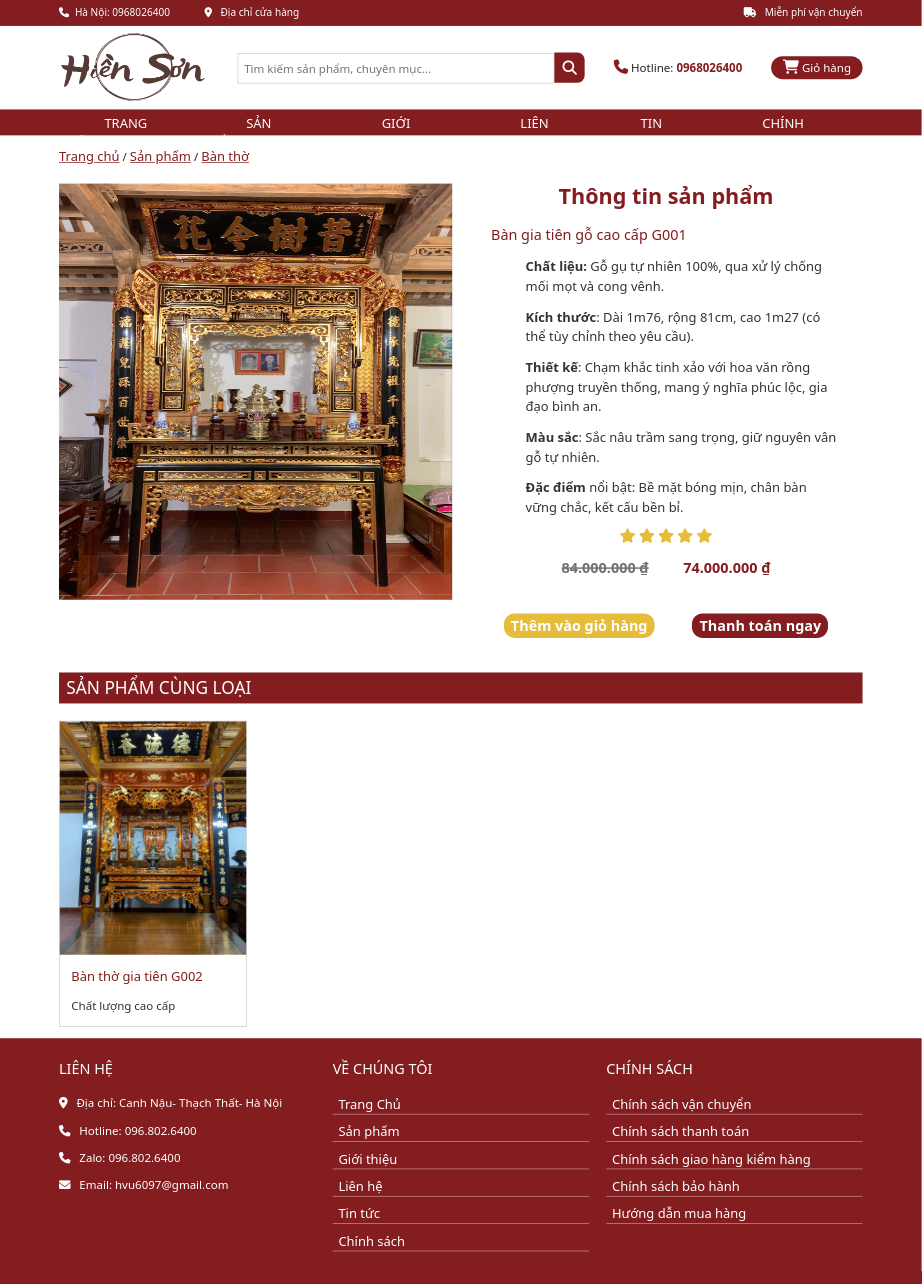
Repository: hoang28092000/do_go_hien_son
Page: product_details/ban_tho-g001.html
These files come from the project's save history. The page is drawn as it stood at one moment and after the next save; the edit follows.
The browser window is 1280 px wide. The pictures show the whole page, at 72% of full size.
Some web libraries are served in a nearby version.

Above is the page before, as saved 2024-08-10 20:59:17.

### product_details/ban_tho-g001.html
<!DOCTYPE html>
<html lang="en">
<head>
    <meta charset="UTF-8">
    <meta name="viewport" content="width=device-width, initial-scale=1.0">
    <link rel="stylesheet" href="../asset/style.css">
    <link rel="stylesheet" href="https://cdnjs.cloudflare.com/ajax/libs/font-awesome/6.6.0/css/all.min.css" integrity="sha512-Kc323vGBEqzTmouAECnVceyQqyqdsSiqLQISBL29aUW4U/M7pSPA/gEUZQqv1cwx4OnYxTxve5UMg5GT6L4JJg==" crossorigin="anonymous" referrerpolicy="no-referrer" />
    <link href="https://cdn.jsdelivr.net/npm/bootstrap@5.3.3/dist/css/bootstrap.min.css" rel="stylesheet" integrity="sha384-QWTKZyjpPEjISv5WaRU9OFeRpok6YctnYmDr5pNlyT2bRjXh0JMhjY6hW+ALEwIH" crossorigin="anonymous">
    <title>Bàn thờ gia tiên G001</title>
</head>
<body>
    <div id="header">
        <div class="top_header">
            <div class="container">
                <div class=" d-flex align-items-center justify-content-between pt-1">
                    <div class="d-flex">
                        <p class="mb-0 me-5"><a href="" class="txt-th">
                            <i class="fa-solid fa-phone icon-th pe-2"></i>Hà Nội: 0968026400
                        </a></p>
                        <p class="mb-0"><a href="" class="txt-th">
                            <i class="fa-solid fa-location-dot icon-th pe-2"></i>
                        Địa chỉ cửa hàng</a></p>
                    </div>
                    <p class="mb-0"><a href="" class="txt-th">
                        <i class="fa-solid fa-truck icon-th pe-2"></i>
                    Miễn phí vận chuyển</a></p>
                </div>
            </div>
        </div>
    </div>

        <div class="main_header py-2">
            <div class="container">
                <ul class="d-flex justify-content-between align-items-center ps-0 mb-0">
                    <li class="logo-hs">
                        <a href="../index.html"><img src="../asset/image/logo_1.png" class="logo-hd" alt=""></a>
                    </li>
                    <li class="search-hd">
                        <input type="text" class="input-search-hd" placeholder="Tìm kiếm sản phẩm, chuyên mục..."><i class="fa-solid fa-magnifying-glass icon-search_hd"></i>
                    </li>

                    <li class="contact-hd">
                        <i class="fa-solid fa-phone icon-hd "></i>
                        <span class="txt-hd">Hotline: <b style="color: #831d1f;">0968026400</b></span>
                    </li>

                    <li class="cart-hd">
                        <p class="mb-0 cart-list py-1 px-3">
                            <i class="fa-solid fa-cart-shopping icon-cart"></i><span class="txt-cart"> Giỏ hàng</span>
                        </p>
                    </li>
                </ul>
            </div>
        </div>

        <div class="bottom_header">
            <div class="container">
                <ul class="links d-flex justify-content-center align-items-center mb-0 ps-0">
                    <li class="link "><a href="../index.html" class="txt-link">TRANG CHỦ</a></li>
                    <li class="link"><a href="../website/product.html" class="txt-link">SẢN PHẨM</a></li>
                    <li class="link"><a href="../website/about-us.html" class="txt-link">GIỚI THIỆU</a></li>
                    <li class="link"><a href="../website/contact.html" class="txt-link">LIÊN HỆ</a></li>
                    <li class="link"><a href="../website/news.html" class="txt-link">TIN TỨC</a></li>
                    <li class="link"><a href="../website/policy.html" class="txt-link">CHÍNH SÁCH</a></li>
                 </ul>
            </div>
        </div>
    </div>
    <div class="main-product_details">
        <div class="container">
            <div class="links-product_details pt-3 pb-4">
                <a href="../index.html" class="link-pd">Trang chủ</a>
                <span class="slash"> /</span>
                <a href="../website/product.html" class="link-pd">Sản phẩm</a>
                <span class="slash"> /</span>
                <a href="../website/product.html" class="link-pd">Bàn thờ</a>
            </div>

            <div class="card-p_details">
                <div class="row">
                    <div class="col-lg-6">
                        <img src="../asset/image/anhn1.jfif" alt="" class="img-p_details w-100">
                    </div>
                    <div class="col-lg-6">
                        <div class="info-p_details">
                            <h3 class="name-p_details">
                                Thông tin sản phẩm
                            </h3>

                            <div class="desc-info-pd">
                                <p class="heading-pd">
                                    Bàn gia tiên gỗ cao cấp G001
                                </p>
                                <p class="txt-pd ps-5">
                                    <b>Chất liệu:</b> Gỗ gụ tự nhiên 100%, qua xử lý chống mối mọt và cong vênh.
                                </p>
                                <p class="txt-pd ps-5">
                                    <b>Kích thước</b>: Dài 1m76, rộng 81cm, cao 1m27 (có thể tùy chỉnh theo yêu cầu).
                                </p>
                                <p class="txt-pd ps-5">
                                    <b>Thiết kế</b>: Chạm khắc tinh xảo với hoa văn rồng phượng truyền thống, mang ý nghĩa phúc lộc, gia đạo bình an.
                                </p>
                                <p class="txt-pd ps-5">
                                    <b>Màu sắc</b>: Sắc nâu trầm sang trọng, giữ nguyên vân gỗ tự nhiên.
                                </p>
                                <p class="txt-pd ps-5">
                                    <b>Đặc điểm</b> nổi bật: Bề mặt bóng mịn, chân bàn vững chắc, kết cấu bền bỉ.
                                </p>
                                <div class="evaluate ">
                                    <i class="fa-solid fa-star icon-star"></i>
                                    <i class="fa-solid fa-star icon-star"></i>
                                    <i class="fa-solid fa-star icon-star"></i>
                                    <i class="fa-solid fa-star icon-star"></i>
                                    <i class="fa-solid fa-star icon-star"></i>

                                </div>
                                <div class="prices-pd d-flex justify-content-center my-3">
                                    <p class="price-pd mb-0">84.000.000 ₫</p>
                                    <p class="price_sold_out mb-0 ps-5">74.000.000 ₫</p>
                                </div>
                                <div class="pay text-center mt-5" >
                                    <button class="add_cart me-5">Thêm vào giỏ hàng</button>
                                    <button class="buy">Thanh toán ngay</button>
                                </div>
                        </div>
                    </div>
                </div>
            </div>
            <h3 class="title-pd mt-5">
                SẢN PHẨM CÙNG LOẠI
            </h3>
            <div class="pd-relate mt-4">
                <div class="row">
                    <div class="col-lg-3">
                        <a href="" class="a-link_pd">
                            <div class="card-pd">
                                <img src="../asset/image/anhn3.jfif" alt="this is picture" class="w-100 img-relate">
                                <p class="name-product_r mt-3 px-3">Bàn thờ gia tiên G002</p>
                                <p class="info-pd_r px-3">Chất lượng cao cấp</p>
                            </div>
                        </a>
                    </div>
                </div>
            </div>
        </div>
    </div>


    <div id="footer" class="mt-3">
        <div class="container">
            <div class="row">
                <div class="col-lg-4">
                    <h4 class="title-ft">LIÊN HỆ</h4>
                    <ul class="list-info">
                        <li>
                            <i class="fa-solid fa-location-dot icon-ft pe-2"></i>
                            <span class="txt-ft">Địa chỉ: Canh Nậu- Thạch Thất- Hà Nội</span>
                        </li>
                        <li>
                            <i class="fa-solid fa-phone icon-ft pe-2"></i>
                            <span class="txt-ft">Hotline: 096.802.6400</span>
                        </li>
                        <li>
                            <i class="fa-solid fa-phone icon-ft pe-2"></i>
                            <span class="txt-ft">Zalo: 096.802.6400    </span>
                        </li>
                        <li>
                            <i class="fa-solid fa-envelope icon-ft pe-2"></i>
                           <span class="txt-ft">Email: hvu6097@gmail.com</span>
                        </li>
                    </ul>
                </div>
                <div class="col-lg-4">
                    <h4 class="title-ft">
                        VỀ CHÚNG TÔI
                    </h4>
                    <ul class="list-links ps-0">
                        <li class="item-link"><a href="../index.html" class="link-ft">Trang Chủ </a></li>
                        <li class="item-link"><a href="../website/product.html" class="link-ft">Sản phẩm</a></li>
                        <li class="item-link"><a href="../website/about-us.html" class="link-ft">Giới thiệu</a></li>
                        <li class="item-link"><a href="../website/contact.html" class="link-ft">Liên hệ</a></li>
                        <li class="item-link"><a href="../website/news.html" class="link-ft">Tin tức</a></li>
                        <li class="item-link"><a href="../website/policy.html" class="link-ft">Chính sách</a></li>
                    </ul>
                </div>
                <div class="col-lg-4">
                    <h4 class="title-ft">
                       CHÍNH SÁCH
                    </h4>
                    <ul class="list-links ps-0">
                        <li class="item-link"><a href="../website/policy.html" class="link-ft">Chính sách vận chuyển </a></li>
                        <li class="item-link"><a href="../website/policy.html" class="link-ft">Chính sách thanh toán</a></li>
                        <li class="item-link"><a href="../website/policy.html" class="link-ft">Chính sách giao hàng kiểm hàng</a></li>
                        <li class="item-link"><a href="../website/policy.html" class="link-ft">Chính sách bảo hành</a></li>
                        <li class="item-link"><a href="../website/policy.html" class="link-ft">Hướng dẫn mua hàng</a></li>
                    </ul>
                </div>

            </div>
        </div>
    </div>
</body>
</html>

### asset/style.css
*{
    padding: 0px;
    margin: 0px ;
    box-sizing: border-box;
    list-style: none;
}

.top_header{
    height: 36px;
    background-color: #831d1f;
}

.top_header .txt-th{
    color: #fff;
    font-size: 14px;
    text-decoration: none;
    font-weight: 500;
}

.top_header .icon-th{
    color: #fff;
}
.top_header .txt-th:hover,
.top_header .icon-th:hover{
    opacity: 0.7;
}

.main_header .logo-hd{
    height: 100px;
    width: 208px;
}
.main_header .input-search-hd{
    font-size: 16px;
    color: #333;
    padding-left: 8px;
    width: 440px;
    height: 42px;
    border: 1px solid #ccc;
    outline: none;
}
.main_header .icon-search_hd{
    font-size: 20px;
    background-color: #831d1f;
    padding: 11px;
    color: #fff;
    border-radius: 0 10px 10px 0;
}
.main_header .icon-search_hd:hover{
    opacity: 0.7;
    cursor: pointer;
}
.main_header .contact-hd .icon-hd{
    font-size: 20px;
    color: #831d1f;
}
.cart-hd .cart-list{
    background-color: #831d1f;
    border-radius: 16px;
}
.cart-hd .txt-cart{
    font-size: 16px;
    font-weight: 500;
    color: #fff;
}
.cart-hd .icon-cart{
    font-size: 20px;
    color: #fff;
}
.cart-hd .cart-list:hover{
    opacity: 0.7;
    cursor: pointer;
}

.bottom_header{
    height: 36px;
    background-color: #831d1f;
}
.bottom_header .links{
    list-style: none;
    padding-top: 6px;
}

.links .txt-link{
    text-decoration: none;
    font-size: 18px;
    font-weight: 500;
    color: #fff;
    padding: 7px 63px 5px;
}
/* .links .txt-link:first-child{
    padding-left:0 ;

}
.links .txt-link:last-child{
    padding-right:0 ;
} */
.links .txt-link:hover{
    cursor: pointer;
    background-color: #bd7071;
}


/* Main*/
#main{
    padding: 20px 0;
}

.left-main .product_portfolio .txt_portfolio{
    font-size: 18px;
    font-weight: 600;
    padding: 4px 10px 4px 0;
    text-align: center;
    background-color: #831d1f;
    color: #fff;
}

.left-main .list_portfolio .items-product{
    border-bottom: 1px solid #ccc;
    padding: 10px 0 4px;
}

.left-main .list_portfolio .items-product:hover{
    background-color: #bd7071;
    color: #fff;
    cursor: pointer;
}
.left-main .list_portfolio .items-product:hover .txt-porduct {
    color: #fff;
}

.left-main .list_portfolio .txt-porduct{
    font-size: 18px;
    color: #333;
    text-decoration: none;
    padding-left: 4px;
    font-weight: 500;
}

/* right-main */

.right-main .first_news .txt-title{
    font-size: 32px;
    font-weight: 600;
    color: #fff;
    background-color: #831d1f;
    padding-left: 10px;

}
.right-main .first_news .hr-title{
    height: 3px;
    background-color: rgb(83, 19, 19);
}
.right-main .first_news .img-rm{
    height: 700px;
}

.right-main .first_news .title-news{
    font-size: 24px;
    font-weight: 500;
    color: #333;

}
.right-main .first_news .txt-bnews{
    font-size: 22px;
    font-weight: 500;
    color: #333;
}
.right-main .first_news .txt-news{
    font-size: 18px;
    color: 16px;
    padding-left: 40px;
    font-weight: 400;
}

.right-main .first_news  .btxt-news{
    font-size: 20px;
    font-weight: 400;
    color: #333;
    padding-left: 20px;
}


/* Main product */
#main .product .img-product{
    height: 412px;
}
#main .product{
    box-shadow: 0px 0px 5px 4px #ccc;
    padding-bottom: 20px;
}
.link-product{
    text-decoration: none;

}
.product .name-product{
    font-size: 18px;
    color: #333;
    font-weight: 500;
    text-align: center;

}
.product .sold-out{
    font-size: 16px;
    color: #757070;
    text-align: center;
}
.product .price-pr{
    font-size: 18px;
    font-weight: 500;
    color: #757070;
    text-decoration: line-through;
}
.product .price-promotion{
    font-size: 18px;
    font-weight: 500;
    color: #fff;
    background-color: #831d1f;
    border-radius: 20px;
    text-align: center;
    padding: 4px 10px;
}
.product .icon_cart-product{
    font-size: 20px;
    color: #831d1f;
    margin-left: 10px;
}

#main .relate_news .title_relate{
    font-size: 24px;
    color: #fff;
    background-color: #831d1f;
    padding: 8px 0 8px 8px;
}
.relate_news .link-relate{
    text-decoration: none;
}
.relate_news .card-relate{
    padding-bottom: 20px;
    box-shadow: 0px 0px 5px 4px #ccc;
}
.card-relate .img-relate{
    height: 229px;
}
.card-relate .info_relate{
    padding: 20px 20px 0 20px;
}
.card-relate .info_relate .h-relate{
    font: size 18px;
    color: #333;
    font-weight: 500;
}
.card-relate .info_relate .desc-relate{
    font-size: 16px;
    font-weight: 400;
    color: #333;
}




/* main about-us */
.main_about-us .title-as{
    font-size: 30px;
    font-weight: 600;
    color: #831d1f;
    text-align: center;
}
.main_about-us .hr-as{
    width: 200px;
    height: 4px;
    background-color: #831d1f;
    margin: 0 auto;
}
.main_about-us .heading-txt{
    font-size: 20px;
    font-weight: 500;
    color: #333;
}

.main_about-us .desc-as{
    font-size: 18px;
    color: #333;
    line-height: 1.8;
}


/* main contact */

.main-contact .title-contact{
    font-size: 30px;
    font-weight: 600;
    color: #831d1f;
    text-align: center;
}

.main-contact .my-info{
    box-shadow: 0px 0px 5px 4px #ccc;
    padding:  20px ;
    height: 437px;
}
.main-contact .my-info .logo-info{
    width: 100px;
    height: 100px;
    border: 2px double #831d1f;

}
.main-contact .my-info .icon-contact{
    font-size: 20px;
    color: #831d1f;
}

.main-contact .my-info .your-info{
    font-size: 22px;
    font-weight: 500;
    color: #831d1f;
    text-align: center;
}
.main-contact .my-info .txt-yi{
    font-size: 18px;
    color: #333;
    font-weight: 500;
}

.main-contact .my-info .input-yi{
    width: 100%;
    outline: none;
    border: 1px solid #ccc;
    padding : 4px 0 4px 6px;
}
.main-contact .text-contact{
    font-size: 18px;
    color: #831d1f;
    font-weight: 500;
    text-align: center;
}
.main-contact .btn-submit{
    border-radius: 10px;
    background-color: #831d1f;
    color: #fff;
    padding: 6px 30px;
    font-size: 18px;
}


/* main-news*/
.main-news .title-news{
    font-size: 24px;
    font-weight: 500;
    color: #831d1f;
    border-bottom: 5px solid #831d1f;
}
.main-news .img-news{
    height: 205px;
}

.main-news .link-news{
    text-decoration: none;
}

.main-news .card-news{
    height: 373px;
    border: 1px solid #ccc;
}

.main-news .link-news .info-news{
    padding: 0 8px;
}

.main-news .link-news .heading-news{
    font-size: 18px;
    font-weight: 500;
    color: #333;
    padding-top: 16px;
    margin-bottom: 0;
}
.main-news .link-news .desc-news{
    font-size: 16px;
    font-weight: 400;
    color: #333;
    margin-top: 4px;
    margin-bottom: 0;
}
.main-news .link-news .time-up{
    font-size: 12px;
    color: #757070;
    font-style: italic;
    padding: 10px 0 20px;
    float: right ;
}

/*main policy  */
.main-policy .title-policy{
    font: 30px;
    color: #831d1f;
    font-weight: 700;
    text-align: center;
    padding-top: 40px;
}
.main-policy .hr-policy{
    width: 200px;
    height: 4px;
    background-color: #831d1f;
    margin: 0 auto;
}
.main-policy .info-policy{
    margin-bottom: 32px;
}

.main-policy .heading-policy{
    font-size: 20px;
    color: #333;
    font-weight: 500;
}

.main-policy .txt-policy{
    padding-left: 20px;
}


/* main thiết kế phòng thờ hợp phong thủy */
.main-design_news .title-ds_news{
    font-size: 30px;
    font-weight: 700;
    color: #831d1f;
    margin-top: 30px;
    text-align: center;
}
.main-design_news .desc-news{
    font-size: 20px;
    color: #333;
    font-weight: 400;
    line-height: 1.7;
}
.main-design_news .img-news{
    height: 400px;
    width: 45%;
    padding: 10px 20px;
}
.main-design_news .desc-img{
    font-size: 16px;
    color: #423e3e;
    font-style: italic;
    text-align: center;
    padding-top: 20px;
}
.main-design_news .title_desc-news{
    font-size: 24px;
    font-weight: 600;
}


/* main- san pham chi tiet */

.main-product_details .links-product_details .link-pd{
    color: #831d1f;
    font-size: 18px;
    font-weight: 400;

}
.main-product_details .img-p_details{
    height: 578px;
}
.main-product_details .info-p_details{
    padding: 0 30px;

}
.main-product_details .info-p_details .name-p_details{
    font-size: 30px;
    color: #831d1f;
    font-weight: 600;
    text-align: center;
}
.info-p_details .desc-info-pd .heading-pd{
    font-size: 20px;
    color: #831d1f;
    font-weight: 500;
    margin-top: 20px;
}
.desc-info-pd .txt-pd{
    font-size: 18px;
    color: #333;
    font-weight: 400;
}
.desc-info-pd .evaluate{
    text-align: center;
}
.desc-info-pd .icon-star{
    font-size: 20px;
    color: #e6bd3a;
    margin: 0 auto;
}
.desc-info-pd .price-pd{
    font-size: 20px;
    color: #757070;
    font-weight: 600;
    text-decoration: line-through;
}
.desc-info-pd .price_sold_out{
    font-size: 20px;
    color: #831d1f;
    font-weight: 600;
    border-radius: 15px;
}
.desc-info-pd .pay .add_cart{
    font-size: 20px;
    color: #fff;
    font-weight: 600;
    background-color: #e6bd3a;
    border: none;
    border-radius: 15px;
    padding: 2px 10px;
}
.desc-info-pd .pay .buy{
    font-size: 20px;
    color: #fff;
    font-weight: 600;
    background-color: #831d1f;
    border: none;
    border-radius: 15px;
    padding: 2px 10px;
}
 .main-product_details .title-pd{
    font-size: 24px;
    color: #fff;
    background: #831d1f;
    padding: 7px 0 7px 10px;

 }
 .main-product_details  .hr-pd{
    background-color: #831d1f;
    height: 4px;
 }
.main-product_details .a-link_pd{
    text-decoration: none;
}
 .main-product_details .card-pd{
    border: 1px solid #ccc;

 }
 .main-product_details .card-pd .img-relate{
    height: 324px
 }
 .main-product_details .a-link_pd .card-pd .name-product_r{
    font-size: 18px;
    color: #831d1f;
    font-weight: 500;
 }
 .main-product_details .a-link_pd .card-pd .info-pd_r{
    font-size: 16px;
    color: #333;
    font-weight: 400;
 }





/* footer */
#footer{
    background-color: #831d1f;
    padding: 30px 0;
}
#footer .title-ft{
    font-size: 20px;
    font-weight: 500;
    color: #fff;
    margin-bottom: 24px;
}
#footer .list-info{
    padding-left: 0;
}
#footer .txt-ft ,
.icon-ft{
    color: #fff;
    font-size: 16px;
    font-weight: 400;
    padding-bottom: 18px;
}
#footer .list-links .link-ft{
    font-size: 18px;
    color: #fff;
    font-weight: 400;
    text-decoration: none;
    padding-left: 8px;
}
#footer .list-links .item-link{
    border-bottom: 1px solid #cc8b8b;
    margin-bottom: 10px;
}
#footer .list-links .item-link:hover{
    background-color: #bd7071;
    cursor: pointer;

}

After the next save:
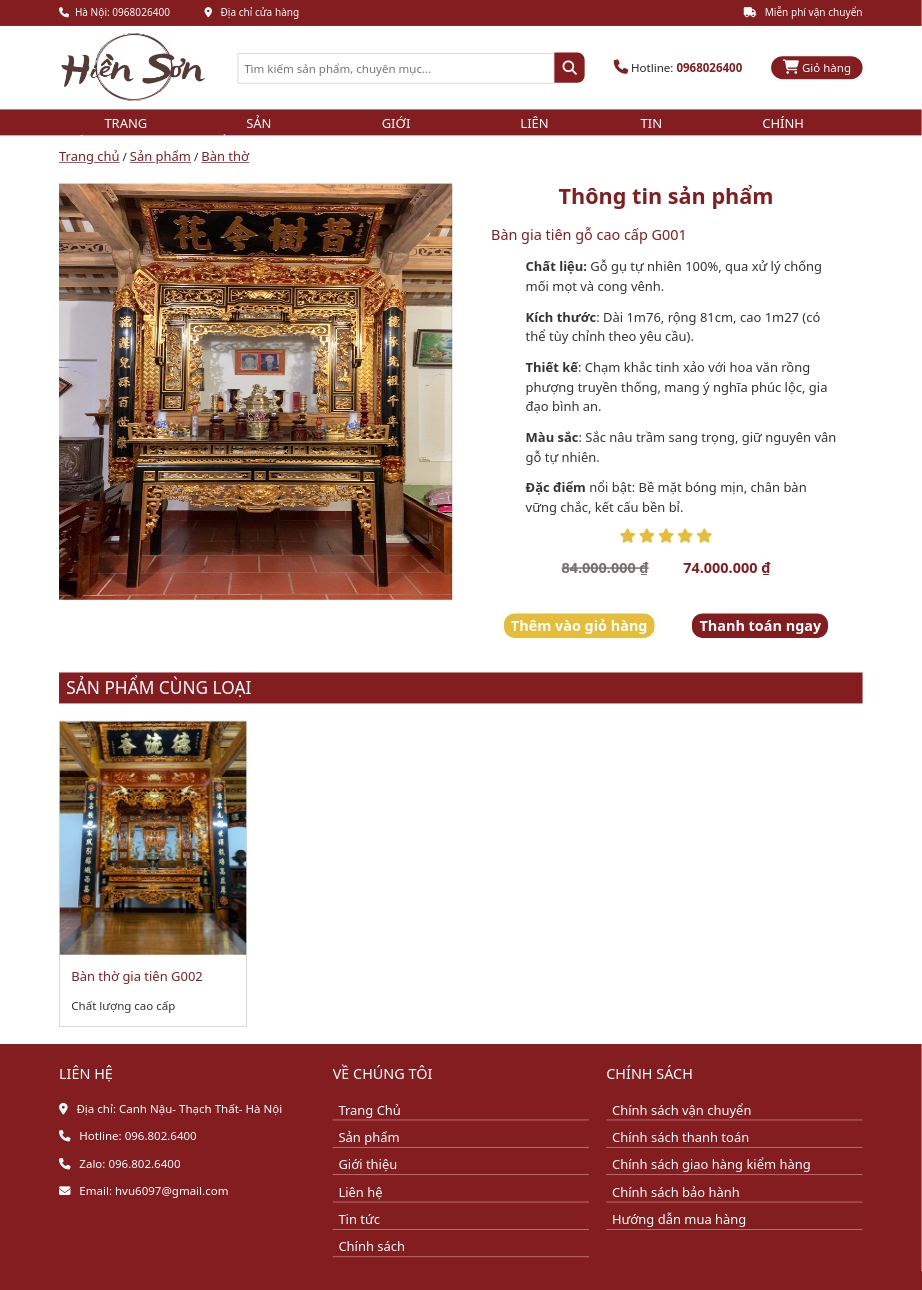
Saved 6 s later.
--- a/product_details/ban_tho-g001.html
+++ b/product_details/ban_tho-g001.html
@@ -129,7 +129,7 @@
             <h3 class="title-pd mt-5">
                 SẢN PHẨM CÙNG LOẠI
             </h3>
-            <div class="pd-relate mt-4">
+            <div class="pd-relate my-4">
                 <div class="row">
                     <div class="col-lg-3">
                         <a href="" class="a-link_pd">
